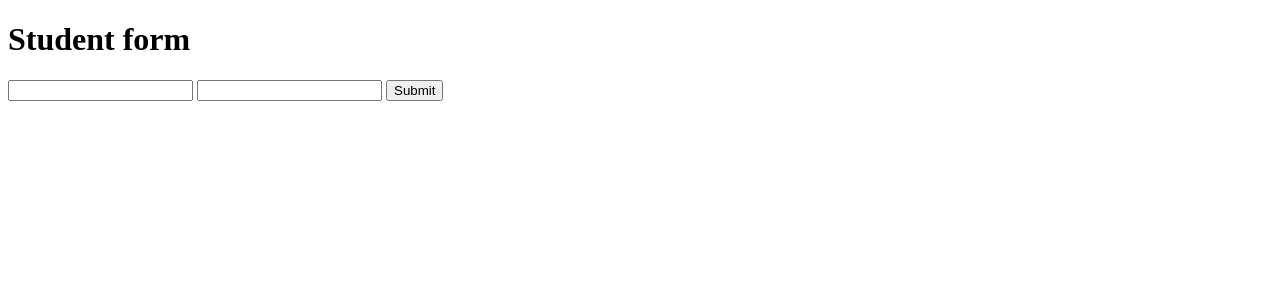
Repository: prathikpk/Springmvc
Page: http://localhost/springMvcDemo/student/showStudentForm
The author's editor kept a copy of each file at every save. The page is drawn from the files as they stood at one save, then again after the next save.
The browser window is 1280 px wide. The pictures show the whole page.
The page is served by Tomcat 9.

Above is the page before, as saved 2022-09-30 11:57:14.

After the next save:
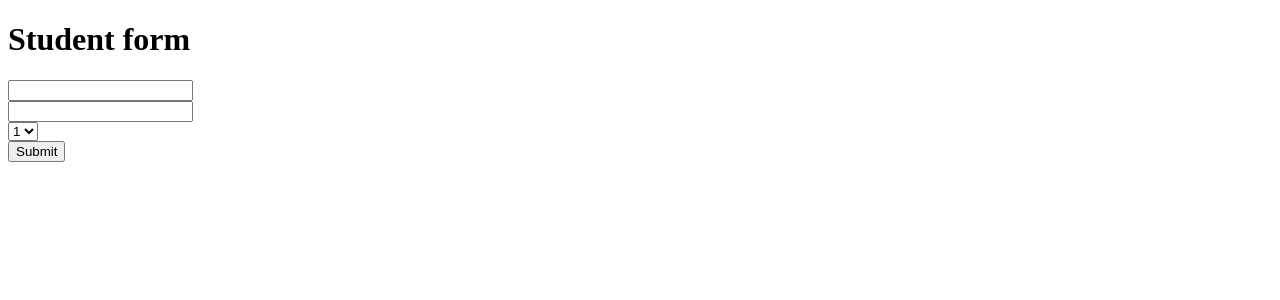
Saved 3 min 21 s later.
--- a/springMvcDemo/WebContent/WEB-INF/view/student-form.jsp
+++ b/springMvcDemo/WebContent/WEB-INF/view/student-form.jsp
@@ -11,8 +11,13 @@
 	<h1>Student form</h1>
 
 	<form:form action="processStudentForm" modelAttribute="theStudent">
-		<form:input path="firstName" />
-		<form:input path="lastName" />
+		<form:input path="firstName" /><br>
+		<form:input path="lastName" /><br>
+		<form:select path="year">
+		<form:option value="1"></form:option>
+		<form:option value="2"></form:option>
+		<form:option value="3"></form:option>
+		</form:select><br>
 		<input type="submit" value="Submit">
 	</form:form>
 </body>
